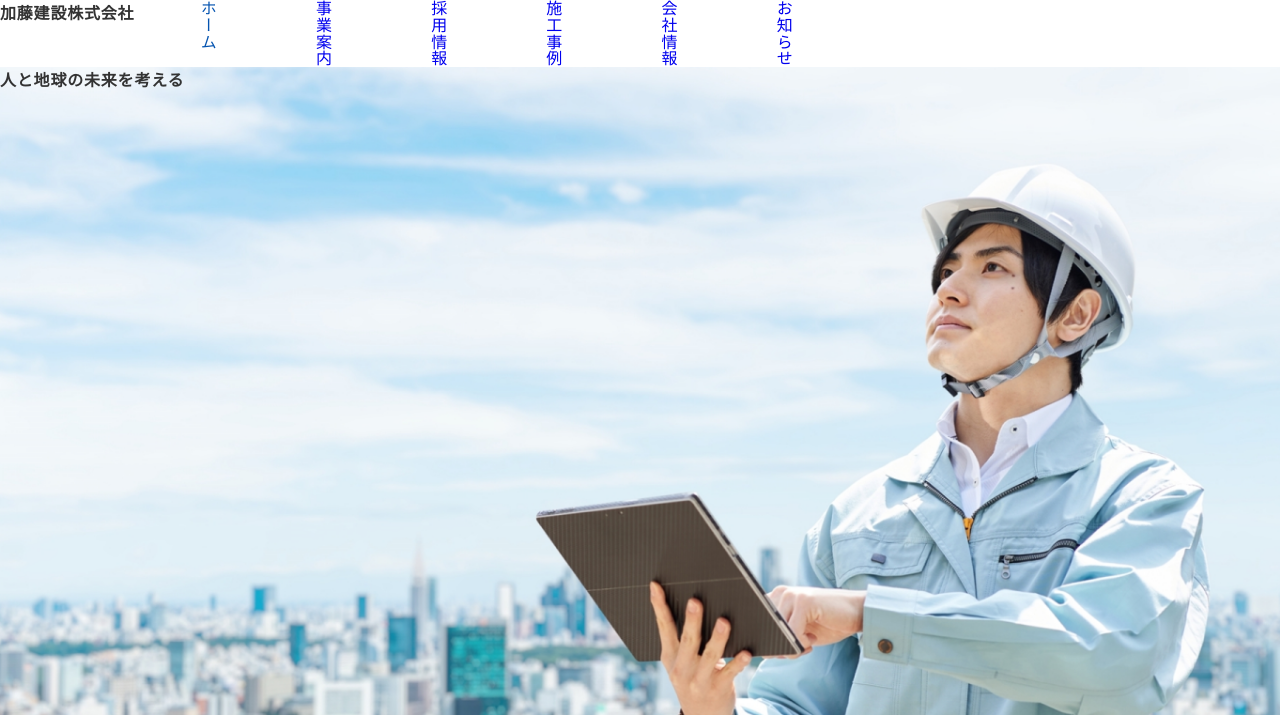
Repository: nozomi-23/hp1_test
Page: index.html
An editor plug-in stored every save of this project. The page is shown before and after the next save, followed by the edit.
The browser window is 1280 px wide. The pictures show the whole page.

Above is the page before, as saved 2022-06-12 09:40:26.

### index.html
<!DOCTYPE html>
<html lang="ja">
<head>
<meta charset="UTF-8">
<title>加藤建設 株式会社</title>
<meta name="description" content="人と地球の未来を考える 加藤建設 株式会社">
<meta name="keywords" content="建築,土木,インフラ">
<meta name="viewport" content="width=device-width, initial-scale=1.0">
<meta property="og:title" content="建築依頼なら「加藤建設 株式会社」">
<meta property="og:type" content="article">
<meta property="og:url" content="https://withcode-plus.tech">
<meta property="og:image" content="img/logo.png">
<meta property="og:description" content="確かな技術力が自慢、インフラから地域貢献まで加藤建設にお任せ下さい">
<meta property="og:site_name" content="加藤建設 株式会社">
<link rel="icon" href="img/favicon.ico">
<link rel="apple-touch-icon" sizes="180x180" href="img/logo.png">
<link rel="stylesheet" type="text/css" href="css/reset.css">
<link rel="stylesheet" type="text/css" href="css/common1.css">
<link rel="stylesheet" type="text/css" href="css/index.css">
</head>
<body>
  <!-- =========header -->
  <header>
    <div class="header_wrapper">
      <div class="header_inner">
        <h1 class="header_left">加藤建設株式会社</h1>
        <nav class="header_right" >
          <ul class="header_list">
            <li><a href="#" class="color">ホーム</a></li>
            <li><a href="html/business.html">事業案内</a></li>
            <li><a href="html/recruit.html">採用情報</a></li>
            <li><a href="html/work.html">施工事例</a></li>
            <li><a href="html/company.html">会社情報</a></li>
            <li><a href="html/news.html">お知らせ</a></li>
          </ul>
        </nav>
      </div>
    </div>
  </header>
  <!-- =========main_view -->
  <main>
    <section class="main_wrapper">
      <div class="main_img">
        <h2>人と地球の未来を考える</h2>
      </div>
    </section>
  </main>
</body>
</html>

### css/reset.css
@charset "UTF-8";

html,
body,
div,
span,
object,
iframe,
h1,
h2,
h3,
h4,
h5,
h6,
p,
blockquote,
pre,
abbr,
address,
cite,
code,
del,
dfn,
em,
img,
ins,
kbd,
q,
samp,
small,
strong,
sub,
sup,
var,
b,
i,
dl,
dt,
dd,
ol,
ul,
li,
fieldset,
form,
label,
legend,
table,
caption,
tbody,
tfoot,
thead,
tr,
th,
td,
article,
aside,
canvas,
details,
figcaption,
figure,
footer,
header,
hgroup,
menu,
nav,
section,
summary,
time,
mark,
audio,
video {
  margin: 0;
  padding: 0;
  border: 0;
  outline: 0;
  font-size: 100%;
  vertical-align: baseline;
  background: transparent;
}

body {
  line-height: 1;
}

article,
aside,
details,
figcaption,
figure,
footer,
header,
hgroup,
menu,
nav,
section {
  display: block;
}

nav ul {
  list-style: none;
}

blockquote,
q {
  quotes: none;
}

blockquote:before,
blockquote:after,
q:before,
q:after {
  content: '';
  content: none;
}

a {
  margin: 0;
  padding: 0;
  font-size: 100%;
  vertical-align: baseline;
  background: transparent;
}

/* change colours to suit your needs */
ins {
  background-color: #ff9;
  color: #000;
  text-decoration: none;
}

/* change colours to suit your needs */
mark {
  background-color: #ff9;
  color: #000;
  font-style: italic;
  font-weight: bold;
}

del {
  text-decoration: line-through;
}

abbr[title],
dfn[title] {
  border-bottom: 1px dotted;
  cursor: help;
}

table {
  border-collapse: collapse;
  border-spacing: 0;
}

/* change border colour to suit your needs */
hr {
  display: block;
  height: 1px;
  border: 0;
  border-top: 1px solid #cccccc;
  margin: 1em 0;
  padding: 0;
}

input,
select {
  vertical-align: middle;
}

### css/common1.css
@charset "UTF-8";

body {
  color: #333;
  letter-spacing: 0.05em;
  line-height: 1.8;
}
li {
  list-style: none;
}

a {
  text-decoration: none;
}

### css/index.css
@charset "UTF-8";

/* =================
header
===================*/
.header_inner {
  display: flex;

}
.header_list {
  display: table;
}
.header_list li {
  display: table-cell;
  writing-mode: vertical-rl;
}
.color {
  color: #0554B0;
}


/* =================
main_view
===================*/
.main_wrapper {
  background: url(../img/top_img.png)no-repeat ;
  background-size: cover;
  width: 100%;
  height: 90vh;
}

After the next save:
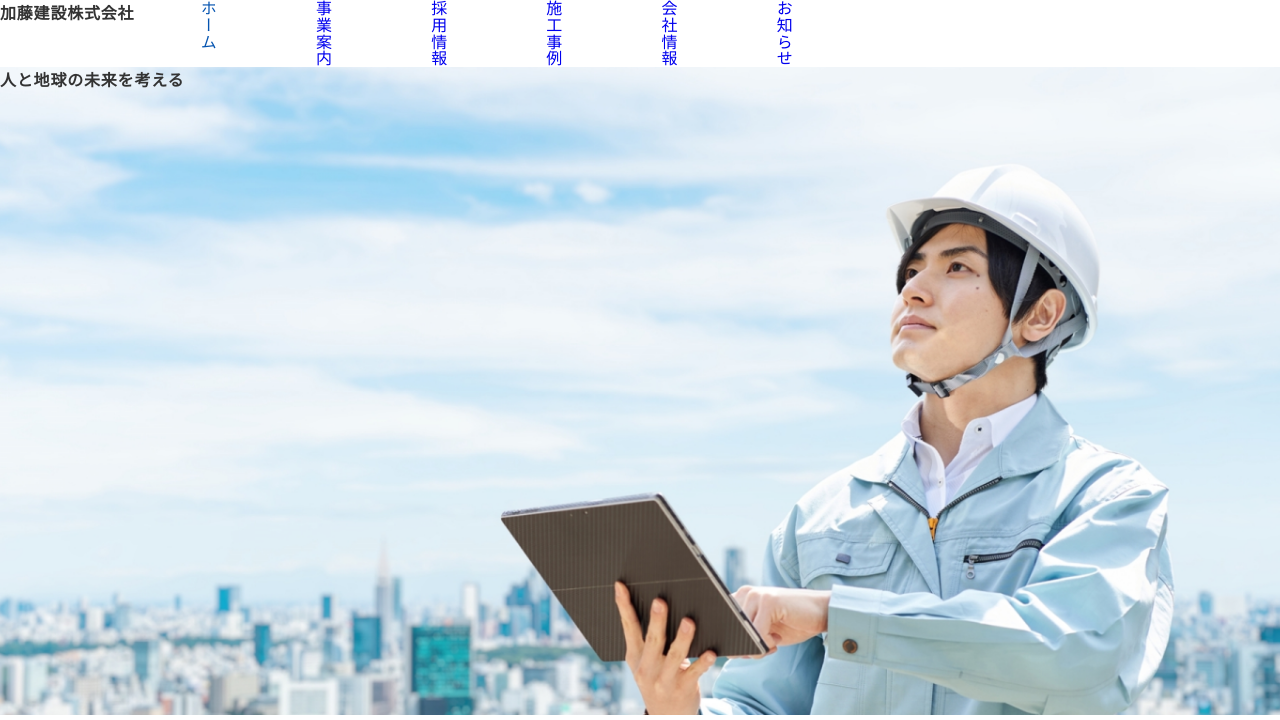
Saved 22 s later.
--- a/css/index.css
+++ b/css/index.css
@@ -23,7 +23,7 @@ header
 main_view
 ===================*/
 .main_wrapper {
-  background: url(../img/top_img.png)no-repeat ;
+  background: url(../img/top_img.png)no-repeat center;
   background-size: cover;
   width: 100%;
   height: 90vh;
